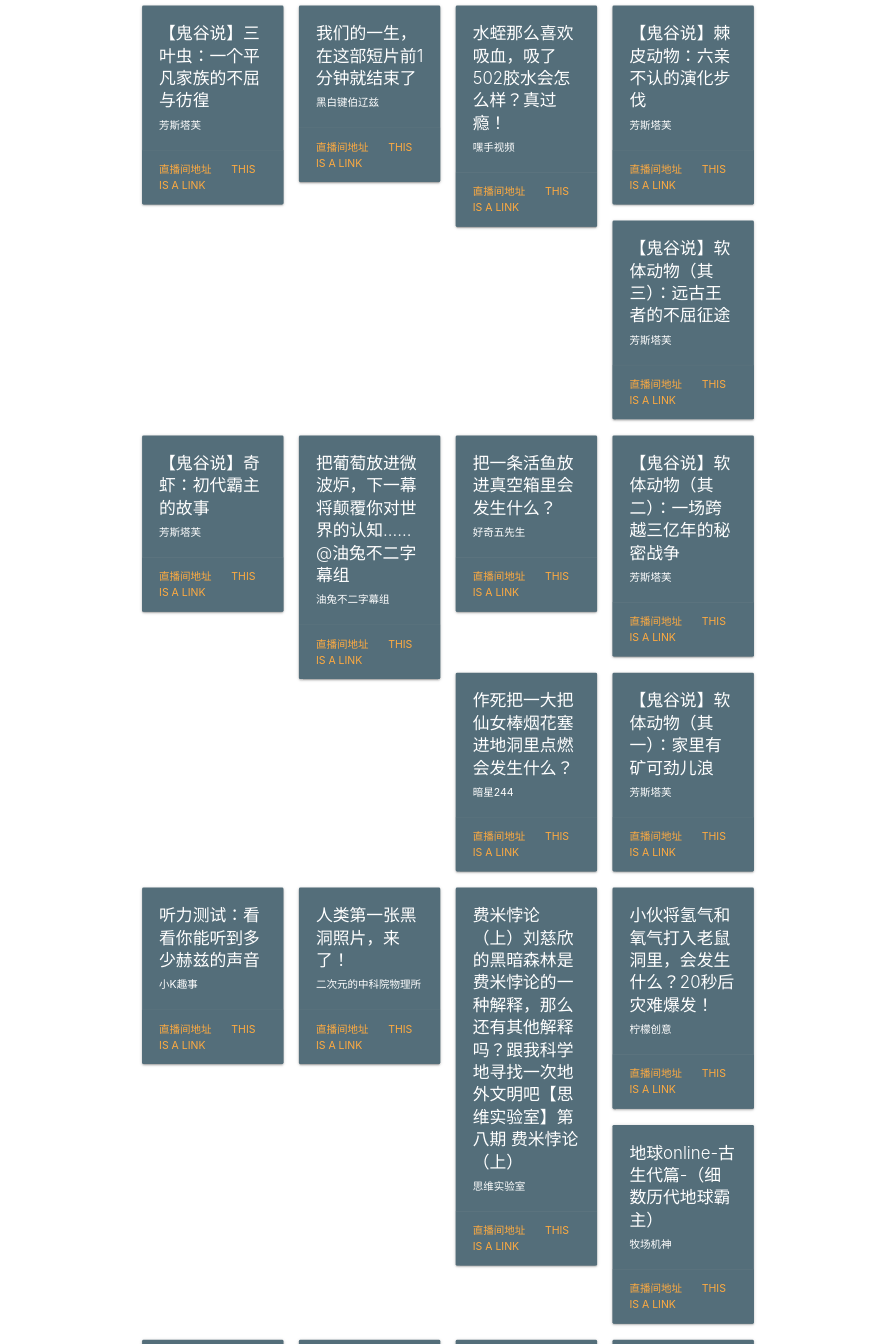
Repository: Gin1217/vueNotes
Page: firstVUE/html/rank.html
The author's editor kept a copy of each file at every save. The page is drawn from the files as they stood at one save, then again after the next save.
The browser window is 1280 px wide. The pictures show the part of the page from y = 0 to 1920 px (the page is 9857 px tall before and 4137 px after), at 70% of full size.

Above is the page before, as saved 2021-03-21 00:27:37.

### firstVUE/html/rank.html
<!DOCTYPE html>
<html lang="en">

<head>
    <meta charset="UTF-8" />
    <meta http-equiv="X-UA-Compatible" content="IE=edge" />
    <meta name="viewport" content="width=device-width, initial-scale=1.0" />
    <!-- 引入Materialize的样式 -->
    <link rel="stylesheet" href="https://cdnjs.cloudflare.com/ajax/libs/materialize/1.0.0/css/materialize.min.css" />
    <title>排行榜</title>
    <style></style>
</head>

<body>
    <div id="app">
        <!-- materialize中的contain样式 -->
        <div class="container">
            <div class="row">
                <div class="col s12 m3" v-for="(rank,index) in ranks">
                    <div class="card blue-grey darken-1">
                        <div class="card-content white-text">
                            <span class="card-title">{{rank.title}}</span>
                            <p>
                                {{rank.author}}
                            </p>
                        </div>
                        <div class="card-action">
                            <a :href="ranks.url">直播间地址</a>
                            <a href="#">This is a link</a>
                        </div>
                    </div>
                </div>
            </div>
        </div>
    </div>

    <script src="https://cdn.jsdelivr.net/npm/vue/dist/vue.js"></script>
    <script>
        // 窗体加载就执行
        window.onload = function () {
            //定义json文件目录，本地或者服务器都可以，即下面的请求地址
            let url = '../json/b-site.json'
            //发起一个原生的ajax请求
            let request = new XMLHttpRequest()
            //打开一个get请求，尚未发送
            request.open('get', url)
            //发送请求（不带数据）
            request.send(null)
            //请求成功，执行回调函数
            request.onload = function () {
                //响应正确，处理数据
                if (request.status == 200) {
                    let json = JSON.parse(request.responseText)
                    // console.log(json)

                    const app = new Vue({
                        el: '#app',
                        data: {
                            ranks: [],
                        },
                        methods: {},
                        created() {
                            this.ranks = json
                            console.log(this.ranks)
                        },
                    })
                }
            }
        }
    </script>
</body>

</html>

Loaded but not shown: firstVUE/json/b-site.json (1474 lines, source omitted)

After the next save:
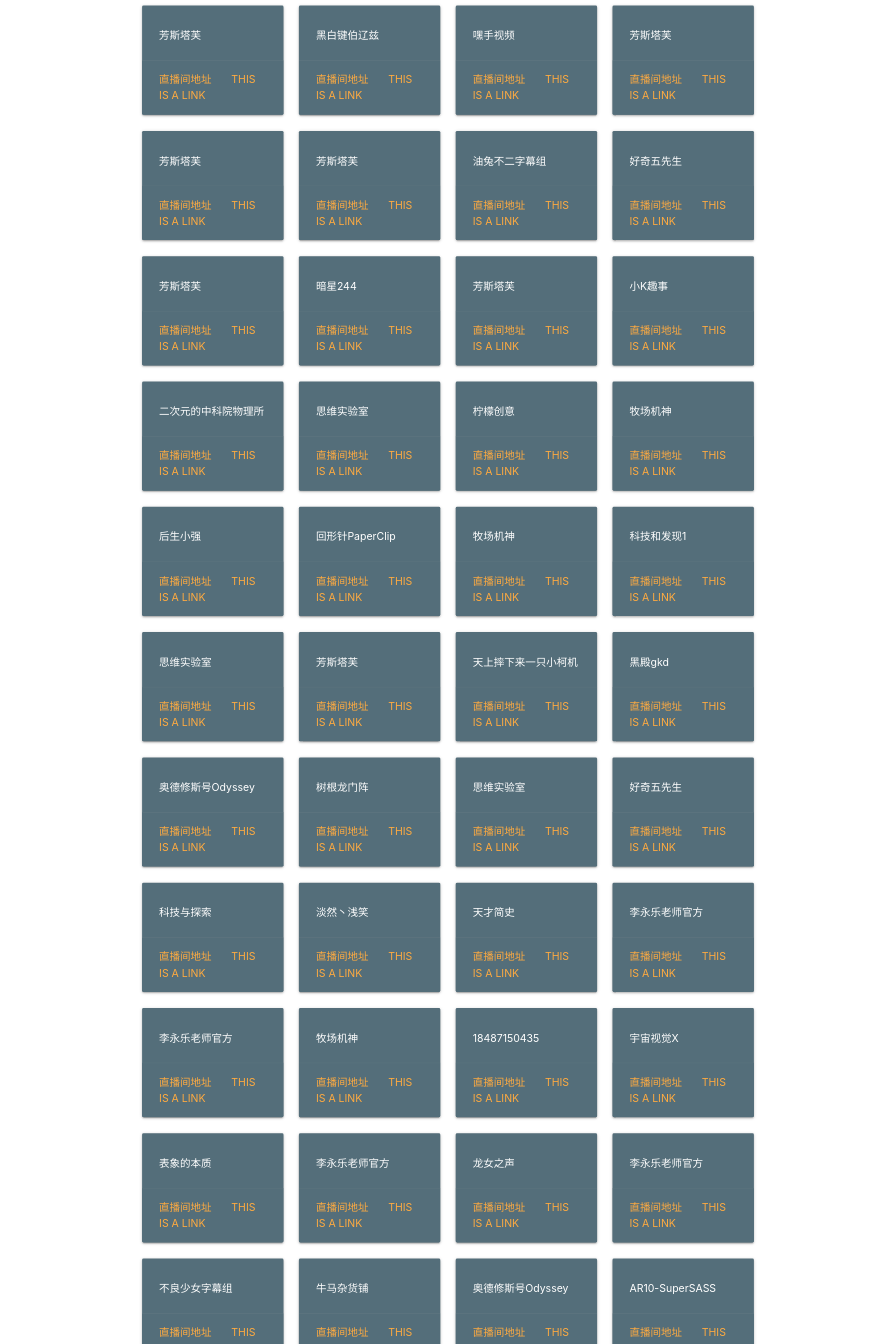
Saved 32 s later.
--- a/firstVUE/html/rank.html
+++ b/firstVUE/html/rank.html
@@ -19,7 +19,7 @@
                 <div class="col s12 m3" v-for="(rank,index) in ranks">
                     <div class="card blue-grey darken-1">
                         <div class="card-content white-text">
-                            <span class="card-title">{{rank.title}}</span>
+                            <span class="card-title">{{ranks.title}}</span>
                             <p>
                                 {{rank.author}}
                             </p>

After the save that followed:
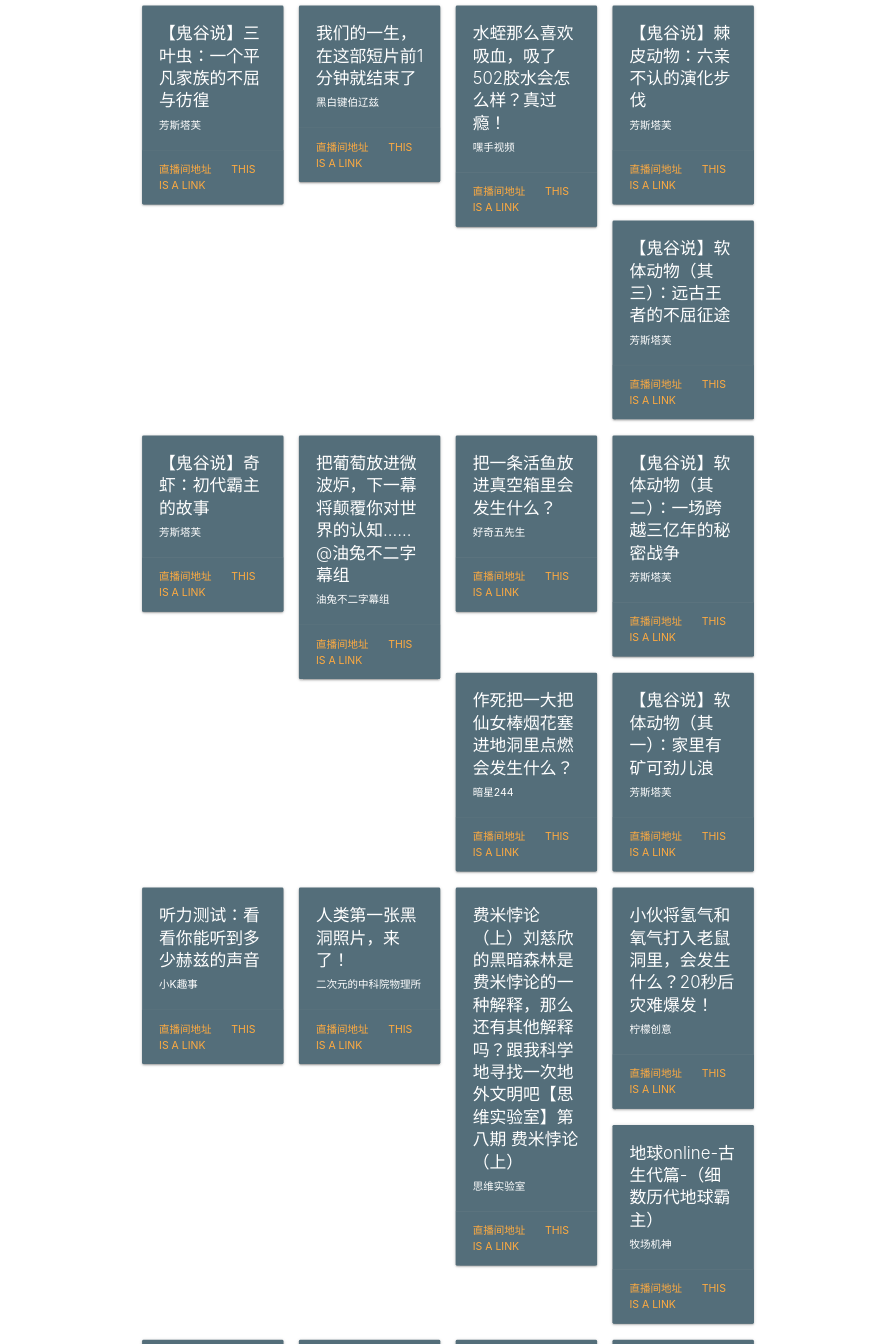
Saved 32 s later.
--- a/firstVUE/html/rank.html
+++ b/firstVUE/html/rank.html
@@ -19,13 +19,13 @@
                 <div class="col s12 m3" v-for="(rank,index) in ranks">
                     <div class="card blue-grey darken-1">
                         <div class="card-content white-text">
-                            <span class="card-title">{{ranks.title}}</span>
+                            <span class="card-title">{{rank.title}}</span>
                             <p>
                                 {{rank.author}}
                             </p>
                         </div>
                         <div class="card-action">
-                            <a :href="ranks.url">直播间地址</a>
+                            <a :href="rank.url">直播间地址</a>
                             <a href="#">This is a link</a>
                         </div>
                     </div>
